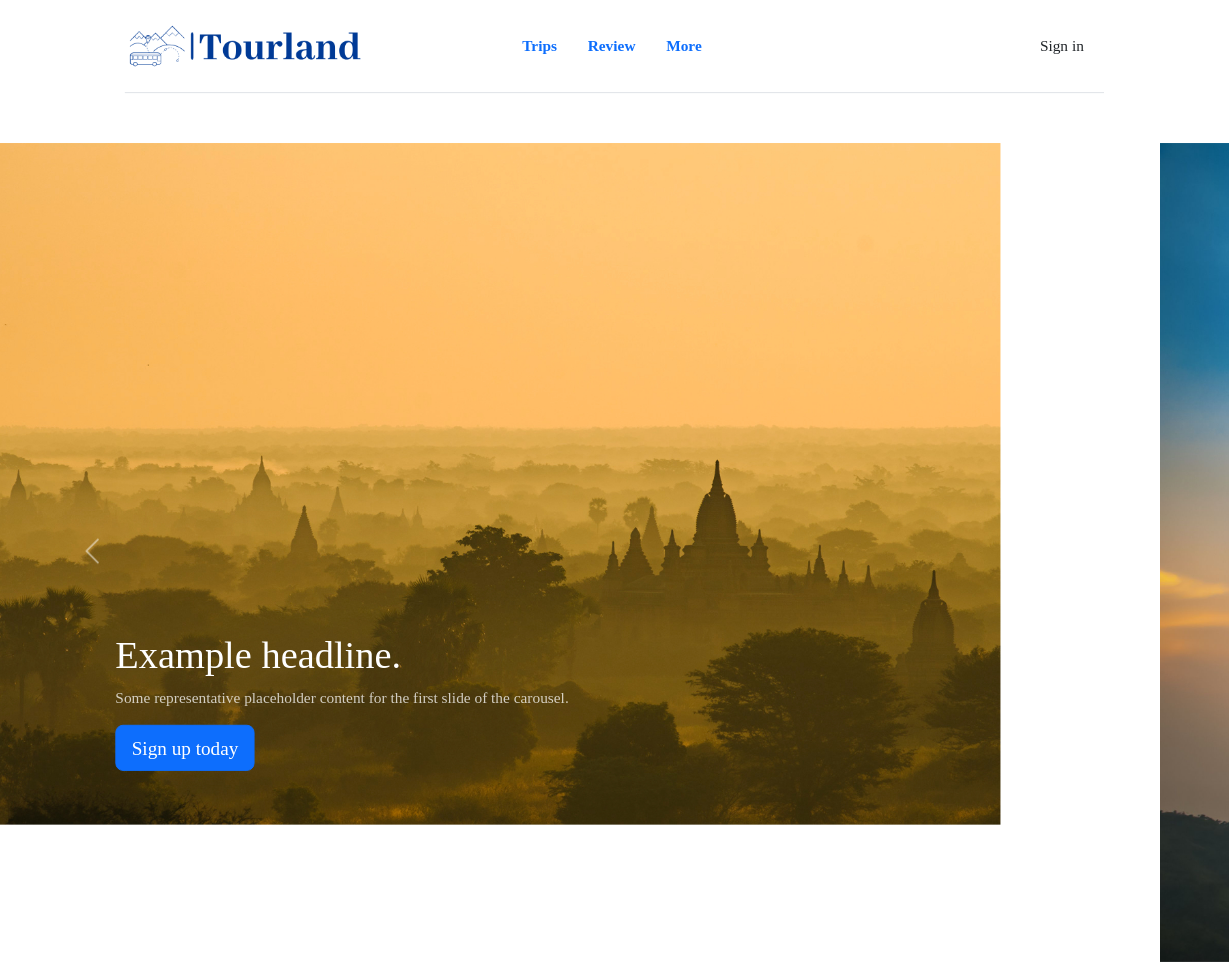
Repository: nyeinsu4520/tourland
Page: http://localhost/index
The author's editor kept a copy of each file at every save. The page is drawn from the files as they stood at one save, then again after the next save.
The browser window is 1280 px wide. The pictures show the whole page, at 96% of full size.
Some web fonts or font styles are not loaded; a fallback is used. The page is this project's Thymeleaf template; nobody is signed in. The template is opened directly, without the code that normally fills it, so the values that code supplies are empty.

Above is the page before, as saved 2024-05-31 17:10:15.

After the next save:
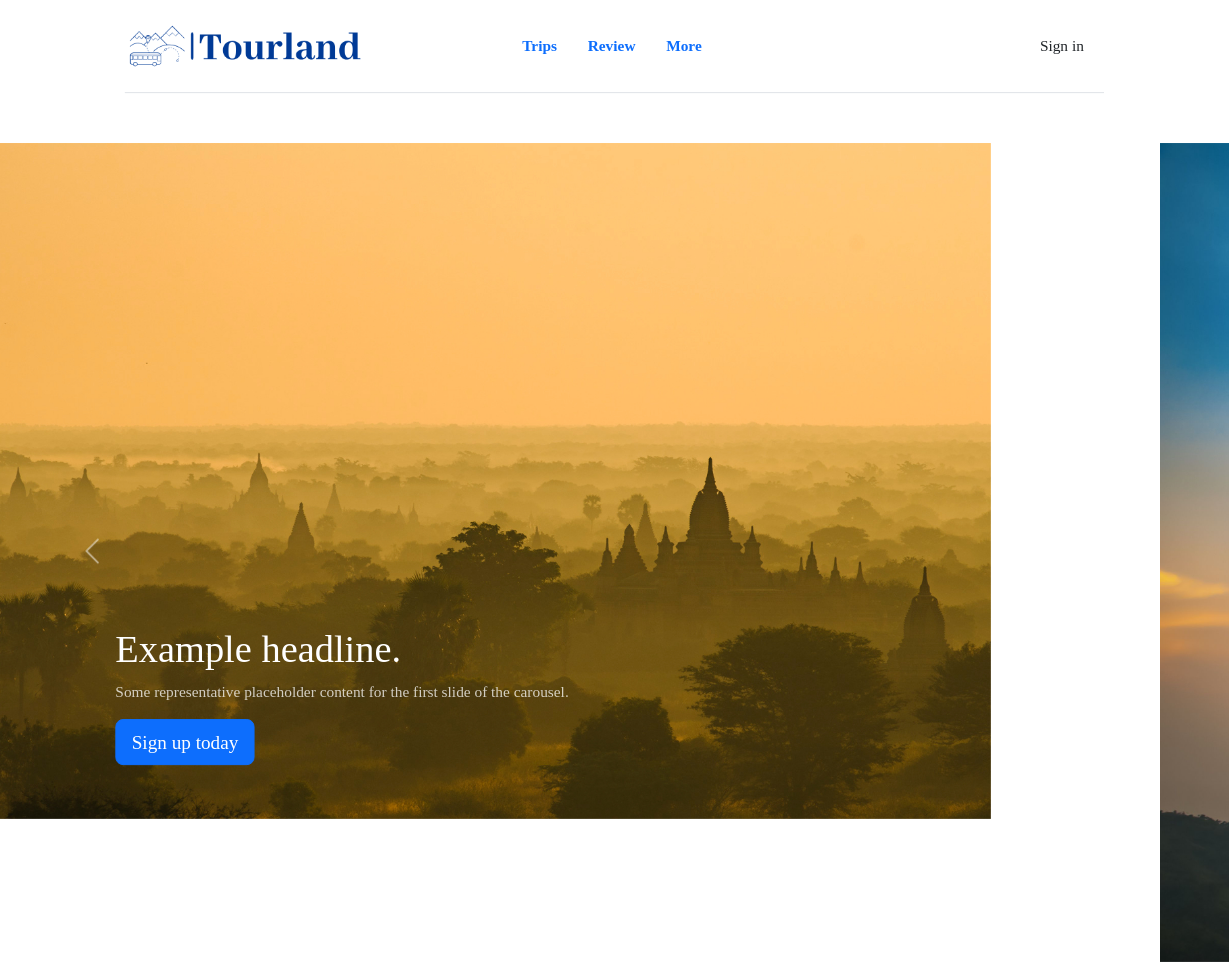
Saved 18 s later.
--- a/Tourland/src/main/resources/templates/index.html
+++ b/Tourland/src/main/resources/templates/index.html
@@ -85,8 +85,8 @@
         <button type="button" data-bs-target="#myCarousel" data-bs-slide-to="2" aria-label="Slide 3"></button>
       </div>
       <div class="carousel-inner">
-        <div class="carousel-item active px-5">
-          <img src="./image/img/bagan1.jpg" width="90%" >
+        <div class="carousel-item active">
+          <img class="px-5" src="./image/img/bagan1.jpg" width="90%" >
           <div class="container">
             <div class="carousel-caption text-start">
               <h1>Example headline.</h1>
